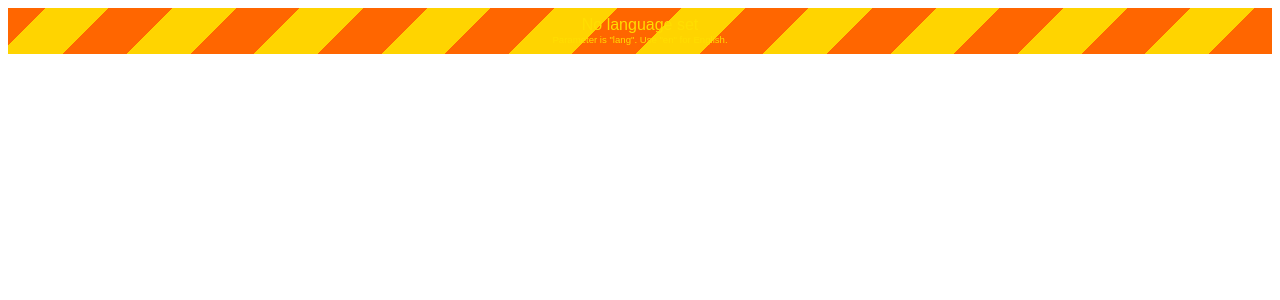
Repository: cirisus/ArknighTimer
Page: timer.html
The author's editor kept a copy of each file at every save. The page is drawn from the files as they stood at one save, then again after the next save.
The browser window is 1280 px wide. The pictures show the whole page.

Above is the page before, as saved 2024-03-09 11:44:59.

### timer.html
<!DOCTYPE html>
<html>
  <head>
    <meta charset="UTF-8">
    <meta name="description" content="明日方舟同人中文站计时器本体">
    <meta name="keywords" content="arknights,wiki,timer">
    <link rel="stylesheet" href="/ArknighTimer/timer.css">
    <script src="/ArknighTimer/timer.js"></script>
    <title>计时器初始化中……</title>
  </head>

  <body>
    <noscript>This application requires Javascript to function.</noscript>

    <div id="timer">
      <div id="title">
      <h2 id="title"></h2>
      </div>

      <div id="clock">
        <div id="years-div" class="unit">
          <span id="years" class="unit-value"></span>
          <span id="years-label" class="unit-label"></span>
        </div>

        <div id="months-div" class="unit">
          <span id="months" class="unit-value"></span>
          <span id="months-label" class="unit-label"></span>
        </div>

        <div id="days-div" class="unit">
          <span id="days" class="unit-value"></span>
          <span id="days-label" class="unit-label"></span>
        </div>

        <div id="hours-div" class="unit">
          <span id="hours" class="unit-value"></span>
          <span id="hours-label" class="unit-label"></span>
        </div>

        <div id="minutes-div" class="unit">
          <span id="minutes" class="unit-value"></span>
          <span id="minutes-label" class="unit-label"></span>
        </div>

        <div id="seconds-div" class="unit">
          <span id="seconds" class="unit-value"></span>
          <span id="seconds-label" class="unit-label"></span>
        </div>

      </div>
    </div>
  </body>
</html>

### timer.css
@import url('https://fonts.googleapis.com/css2?family=Bebas+Neue&display=swap');
:root {
  --primary-accent: 255, 102, 0;
  --secondary-accent: 255, 212, 0;
  --scale-3: 80,80,80;
}
body {
  font-family: Arial, sans-serif;
}
#timer {
  display: grid;
  grid-auto-columns: 1fr;
  grid-auto-rows: 1fr;
  grid-template-columns: 1fr;
  grid-template-rows: min-content 1fr;
  gap: 1px 1px;
  grid-template-areas:
    "title"
    "countdown";

  padding: 0.5rem;
  border-color: rgb(var(--primary-accent));
  background: repeating-linear-gradient(-45deg, rgb(var(--primary-accent)), rgb(var(--primary-accent)) 45px, rgb(var(--secondary-accent)) 0, rgb(var(--secondary-accent)) 90px);
}
#title {
  grid-area: title;
  text-align: center;
  margin-block-start: 0;
  margin-block-end: 0;
}

#clock {
  grid-area: countdown;
  color: #f3f2ec;
  background-color: rgb(var(--scale-3));
  -webkit-backdrop-filter: blur(5rem);
  backdrop-filter: blur(5rem);
  text-align: center;
  border-radius: 0.25em;
  margin: .5em
}

.unit {
  display: inline-block;
  margin: 0.5em;
}

.unit-value {
  font-family: "Bebas Neue", sans-serif;
  font-size: 2em;
  background-color: #ccc;
  border-radius: 0.25em;
  padding: 0.15em;
}

.unit-label {
  font-size: 1.5em;
}

/* Basic utility classes */
.hidden {
  display: none;
}

.error {
  color: #fd0;
}

.error-secondary {
  font-size: 0.6em;
}

.progress {
  color: black;
}

.finished {
  color: #282;
}

### timer.js
// Constants
var SECONDS_MS = 1000;
var MINUTES_MS = SECONDS_MS * 60;
var HOURS_MS = MINUTES_MS * 60;
var DAYS_MS = HOURS_MS * 24;

var SECONDS_ENUM = 0;
var MINUTES_ENUM = 1;
var HOURS_ENUM = 2;
var DAYS_ENUM = 3;
var MONTHS_ENUM = 4;
var YEARS_ENUM = 5;

// Initialization errors are only in English unfortunately.
function setError(primary, secondary = null) {
  var titleElement = document.getElementById('title');
  titleElement.classList.add('error');
  titleElement.innerText = primary;

  var clockElement = document.getElementById('clock');
  clockElement.classList.add('hidden');

  if (secondary) {
    var messageElement = document.createElement('div');
    messageElement.classList.add('error-secondary');
    messageElement.innerText = secondary;
    titleElement.appendChild(messageElement);
  }
}

// Localization
function getMessage(language, messageKey) {
  var translations = {
    // English
    'en': {
      'timer-description': 'Timer expiring at',
      'timer-progress': 'This timer will expire in',
      'timer-finished': 'This timer has been expired since',
      'years': 'years',
      'months': 'months',
      'days': 'days',
      'hours': 'hours',
      'minutes': 'minutes',
      'seconds': 'seconds',
    },

    // French
    'fr': {
      'timer-description': 'Fin du compte à rebours à',
      'timer-progress': 'Ce compte à rebours se terminera dans',
      'timer-finished': 'Ce compte à rebous est terminé depuis',
      'years': 'ans',
      'months': 'mois',
      'days': 'jours',
      'hours': 'heures',
      'minutes': 'minutes',
      'seconds': 'secondes',
    },

    // Pig Latin
    'pig': {
      'timer-description': 'Imertay expiringyay atyay',
      'timer-progress': 'Isthay imertay illway expireyay inyay',
      'timer-finished': 'Isthay imertay ashay eenbay expiredyay incesay',
      'years': 'earsyay',
      'months': 'onthsmay',
      'days': 'aysday',
      'hours': 'ourshay',
      'minutes': 'inutesmay',
      'seconds': 'econdssay',
    },

    // Spanish
    'es': {
      'timer-description': 'El temporizador finaliza en',
      'timer-progress': 'El temporizador finalizará en',
      'timer-finished': 'El temporizador ha finalizado desde hace',
      'years': 'años',
      'months': 'meses',
      'days': 'días',
      'hours': 'horas',
      'minutes': 'minutos',
      'seconds': 'segundos',
    },

    // Vietnamese
    'vi': {
      'timer-description': 'Đồng hồ kết thúc vào',
      'timer-progress': 'Đồng hồ sẽ kết thúc trong',
      'timer-finished': 'Đồng hồ này đã kết thúc kể từ',
      'years': 'năm',
      'months': 'tháng',
      'days': 'ngày',
      'hours': 'giờ',
      'minutes': 'phút',
      'seconds': 'giây',
    },

    // Simplified Chinese
    'cn': {
      'timer-description': '此计时器将过期于：',
      'timer-progress': '此计时器将过期于：',
      'timer-finished': '此计时器已过期：',
      'years': '年',
      'months': '月',
      'days': '日',
      'hours': '时',
      'minutes': '分',
      'seconds': '秒',
    },
  };

  // Special case:
  // The 'test' language just echoes the message key back out.
  if (language === 'test') {
    return messageKey;
  }

  // Get message based on language
  var messages = translations[language];
  if (!messages) {
    setError('No translations for language: ' + language);
    return null;
  }

  var message = messages[messageKey];
  if (!message) {
    setError('No such message key: ' + messageKey);
    return null;
  }

  return message;
}

function insertCSS(styling) {
  var head = document.head || document.getElementsByTagName('head')[0];
  var style = document.createElement('style');

  style.type = 'text/css';
  style.appendChild(document.createTextNode(styling));
  head.appendChild(style);
}

function getDaysInFebruary(startYear) {
  return (startYear % 4 === 0 && startYear % 100 !== 0)
    || startYear % 400 === 0 ? 29 : 28;
}

function elapsedData(targetTime) {
  var now = new Date();
  var elapsed = now - targetTime;

  if (elapsed >= 0) {
    // Date is in the past
    return {
      elapsed: elapsed,
      finished: true,
      startTime: targetTime,
      endTime: now,
    };
  } else {
    // Date is in the future
    return {
      elapsed: -elapsed,
      finished: false,
      startTime: now,
      endTime: targetTime,
    };
  }
}

// Based on https://stackoverflow.com/a/49201872
// Calculate differences greater than a day.
function dateDiff(startDate, endDate) {
  // Trim sub-day differences to avoid 0.8 days from rounding up.
  var diff = endDate - startDate;
  diff -= Math.floor(diff % DAYS_MS);
  endDate = new Date(startDate.getTime() + diff);

  // Get month data
  var february = getDaysInFebruary(startDate.getFullYear());
  var daysInMonth = [31, february, 31, 30, 31, 30, 31, 31, 30, 31, 30, 31];

  var yearDiff = endDate.getFullYear() - startDate.getFullYear();
  var monthDiff = endDate.getMonth() - startDate.getMonth();
  if (monthDiff < 0) {
    yearDiff--;
    monthDiff += 12;
  }

  var dayDiff = endDate.getDate() - startDate.getDate();
  if (dayDiff < 0) {
    if (monthDiff > 0) {
      monthDiff--;
    } else {
      yearDiff--;
      monthDiff = 11;
    }

    dayDiff += daysInMonth[startDate.getMonth()];
  }

  return {
    years: yearDiff,
    months: monthDiff,
    days: dayDiff,
  };
}

// Calculate difference in time, in all units
function timeRemaining(targetTime) {
  var data = elapsedData(targetTime);

  // Differences > 1 day
  var dateDiffs = dateDiff(data.startTime, data.endTime);
  var years = dateDiffs.years;
  var months = dateDiffs.months;
  var days = dateDiffs.days;

  // Differences < 1 day
  var elapsed = Math.floor(data.elapsed % DAYS_MS);

  var hours = Math.floor(elapsed / HOURS_MS);
  elapsed = Math.floor(elapsed % HOURS_MS);

  var minutes = Math.floor(elapsed / MINUTES_MS);
  elapsed = Math.floor(elapsed % MINUTES_MS);

  var seconds = Math.floor(elapsed / SECONDS_MS);
  elapsed = Math.floor(elapsed % MINUTES_MS);

  // Get highest unit present
  var highest;
  if (years > 0) {
    highest = YEARS_ENUM;
  } else if (months > 0) {
    highest = MONTHS_ENUM;
  } else if (days > 0) {
    highest = DAYS_ENUM;
  } else if (hours > 0) {
    highest = HOURS_ENUM;
  } else if (minutes > 0) {
    highest = MINUTES_ENUM;
  } else {
    highest = SECONDS_ENUM;
  }

  return {
    years: years,
    months: months,
    days: days,
    hours: hours,
    minutes: minutes,
    seconds: seconds,
    finished: data.finished,
    highest: highest,
  };
}

function setTimerField(language, field, value) {
  var visible = value !== null;

  if (visible) {
    document.getElementById(field).innerText = value;
  }

  setTimerFieldVisibility(field, visible);
}

function setTimerFieldVisibility(field, visible) {
  var element = document.getElementById(field + '-div');

  if (visible) {
    element.classList.remove('hidden');
  } else {
    element.classList.add('hidden');
  }
}

function createTimer(language, targetTime, progressMessage, finishedMessage) {
  progressMessage = progressMessage || getMessage(language, 'timer-progress');
  finishedMessage = finishedMessage || getMessage(language, 'timer-finished');

  // Update routine, to invoke every second
  var timerFields = [
    ['years', YEARS_ENUM, 1],
    ['months', MONTHS_ENUM, 1],
    ['days', DAYS_ENUM, 1],
    ['hours', HOURS_ENUM, 2],
    ['minutes', MINUTES_ENUM, 2],
    ['seconds', SECONDS_ENUM, 2],
  ];

  // Initial application of field labels
  for (var i = 0; i < timerFields.length; i++) {
    var field = timerFields[i][0];
    document.getElementById(field + '-label').innerText = getMessage(language, field);
  }

  function updateTimer() {
    var remaining = timeRemaining(targetTime);

    // Set title message
    var titleElement = document.getElementById('title');

    if (remaining.finished) {
      titleElement.innerText = finishedMessage;
      titleElement.classList = ['finished'];
    } else {
      titleElement.innerText = progressMessage;
      titleElement.classList = ['progress'];
    }

    // Set individual timer fields
    for (var i = 0; i < timerFields.length; i++) {
      var field = timerFields[i][0];
      var fieldEnum = timerFields[i][1];
      var padWidth = timerFields[i][2];

      // If the value is to be shown, then display it.
      // Ensure digits are padded to the appropriate width.
      var value = remaining.highest >= fieldEnum
        ? String(remaining[field]).padStart(padWidth, '0')
        : null;

      setTimerField(language, field, value);
    }
  }

  // Set title.
  // Since this is meant to be used as an iframe, setting it every tick is pointless.
  document.title = getMessage(language, 'timer-description') + ' ' + targetTime;

  // Configure timer to run regularly.
  updateTimer();
  setInterval(updateTimer, 1000);
}

function setup() {
  // Get parameters
  var url = new URL(window.location.href);
  var parameters = new URLSearchParams(url.search);
  var language = parameters.get('lang');
  var timestamp = parameters.get('time');
  var progressMessage = parameters.get('progress');
  var finishedMessage = parameters.get('finished');
  var styling = parameters.get('style'); // allows custom CSS to be injected

  // Check parameters
  if (!language) {
    setError('No language set', 'Parameter is "lang". Use "en" for English.');
    return;
  }

  if (!timestamp) {
    setError('No timestamp set', 'Parameter is "time". You can use a UNIX timestamp or an ISO string.');
    return;
  }

  var targetTime;
  if (/^\d+(\.\d+)?$/.exec(timestamp)) {
    targetTime = new Date(parseFloat(timestamp) * 1000);
  } else {
    targetTime = new Date(timestamp);
    if (isNaN(targetTime)) {
      setError('Invalid timestamp', timestamp);
      return;
    }
  }

  // Insert custom CSS, if any
  if (styling !== null) {
    insertCSS(styling);
  }

  // Initialize clock
  createTimer(language, targetTime, progressMessage, finishedMessage);
}

setTimeout(setup, 5);

After the next save:
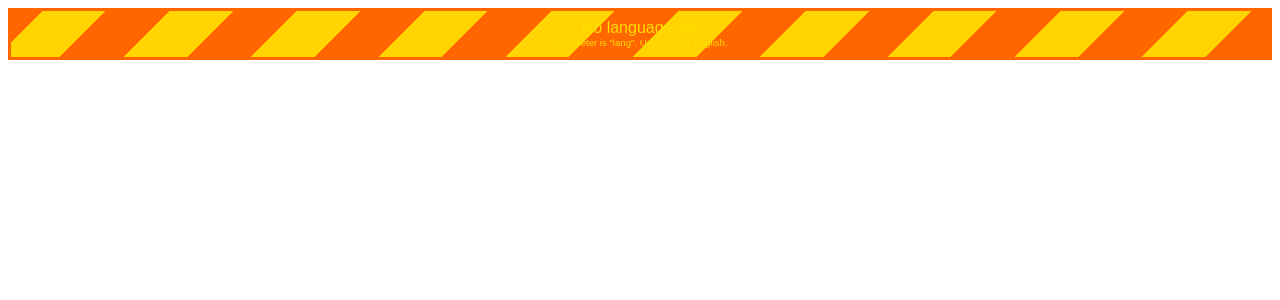
Saved 5 min 37 s later.
--- a/timer.css
+++ b/timer.css
@@ -19,7 +19,7 @@
     "countdown";
 
   padding: 0.5rem;
-  border-color: rgb(var(--primary-accent));
+  border: 3px solid rgb(var(--primary-accent));
   background: repeating-linear-gradient(-45deg, rgb(var(--primary-accent)), rgb(var(--primary-accent)) 45px, rgb(var(--secondary-accent)) 0, rgb(var(--secondary-accent)) 90px);
 }
 #title {
